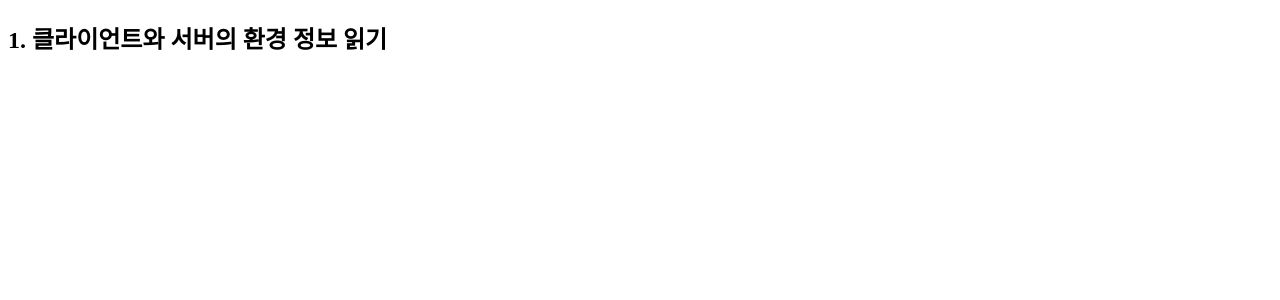
Repository: achul1026/jspStudy
Page: http://localhost/MustHaveJSP/02ImplicitObject/RequestMain.jsp
An editor plug-in stored every save of this project. The page is shown before and after the next save, followed by the edit.
The browser window is 1280 px wide. The pictures show the whole page.
The page is served by Tomcat 9.

Above is the page before, as saved 2022-09-21 12:06:43.

After the next save:
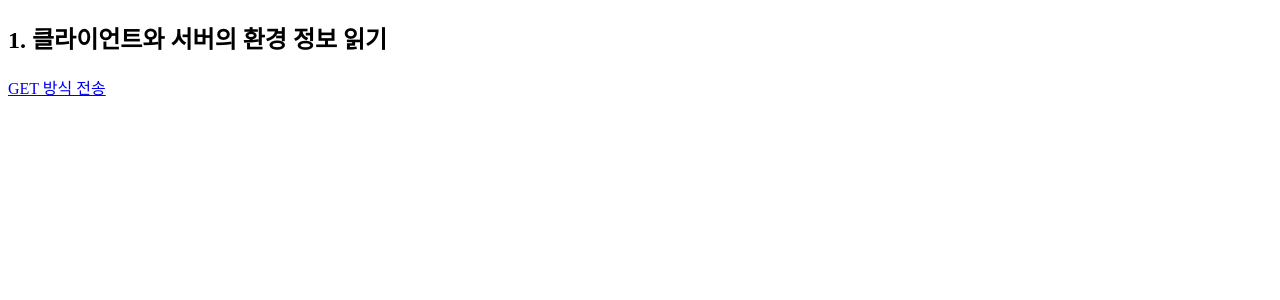
Saved 51 s later.
--- a/MustHaveJSP/src/main/webapp/02ImplicitObject/RequestMain.jsp
+++ b/MustHaveJSP/src/main/webapp/02ImplicitObject/RequestMain.jsp
@@ -8,5 +8,8 @@
 </head>
 <body>
 	<h2>1. 클라이언트와 서버의 환경 정보 읽기</h2>
+	<a href="./RequestWebInfo.jsp?eng=Hello&han=안녕">
+		GET 방식 전송
+	</a>
 </body>
 </html>
